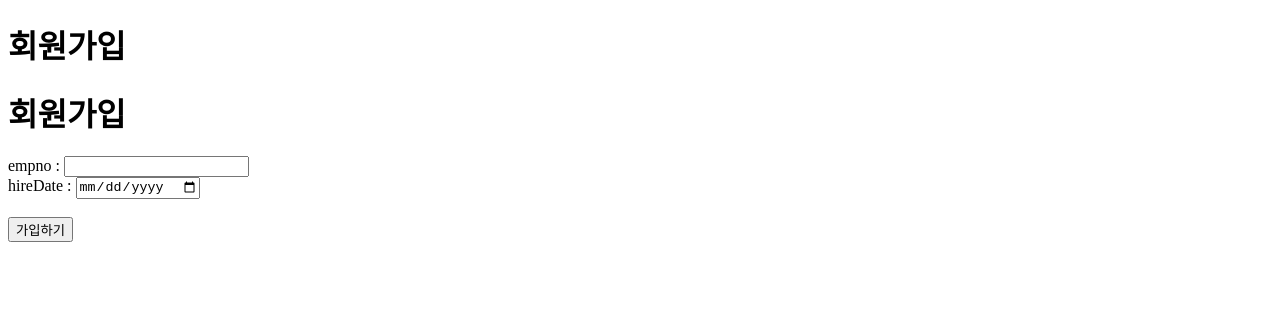
Repository: polikiki/Connor-s-team-projectt
Page: http://localhost/proj6_myBatis/emp0?cmd=join
An editor plug-in stored every save of this project. The page is shown before and after the next save, followed by the edit.
The browser window is 1280 px wide. The pictures show the whole page.
The page is served by Tomcat 9. Other server files are loaded and not shown.

Above is the page before, as saved 2024-09-20 01:18:43.

### workspace_java/proj6_myBatis/src/main/webapp/WEB-INF/views/empjoin.jsp
<%@ page language="java" contentType="text/html; charset=UTF-8"
    pageEncoding="UTF-8"%>
 <%@ taglib prefix="c" uri="http://java.sun.com/jsp/jstl/core" %>
<%@ taglib prefix="fmt" uri="http://java.sun.com/jsp/jstl/fmt" %>
<%@ taglib prefix="fn" uri="http://java.sun.com/jsp/jstl/functions" %>


<!DOCTYPE html>
<html>
<head>
<meta charset="UTF-8">
<title>Insert title here</title>
</head>
<body>
<%-- <c:if test="${cmd == "detail"}"> --%>
<!-- <h1>회원상세</h1> -->
<%-- </c:if> --%>

<c:choose>
	<c:when test='${cmd == "detail"}'>
		<h1>회원상세</h1>
	</c:when>
	<c:otherwise>
		<h1>회원가입</h1>
	</c:otherwise>
</c:choose>

<h1>회원가입</h1>

<form method="post" action="emp0">
	empno :
		<c:choose>
		<c:when test='${cmd == "detail"}'>
			${empDTP.empno}
		</c:when>
		<c:otherwise>
			<input type="text" name="ename"><br>
		</c:otherwise>
	</c:choose>

	hireDate : <input type="date" name="hireDate"><br>
	<br>
	<input type="submit" value="가입하기">
</form>
</body>
</html>

### workspace_java/proj6_myBatis/src/main/java/emp/crud/Emp0Servlet.java
package emp.crud;

import java.io.IOException;
import java.sql.Date;
import java.util.List;

import javax.servlet.ServletException;
import javax.servlet.annotation.WebServlet;
import javax.servlet.http.HttpServlet;
import javax.servlet.http.HttpServletRequest;
import javax.servlet.http.HttpServletResponse;

@WebServlet("/emp0")
public class Emp0Servlet extends HttpServlet {
	private static final long serialVersionUID = 1L;

	private boolean _DEBUG = true;

	protected void doGet(HttpServletRequest request, HttpServletResponse response) throws ServletException, IOException {

		String cmd = request.getParameter("cmd");
		EmpDAO empDAO = new EmpDAO();

		if(cmd == null) {

		List<EmpDTO> emplist = empDAO.selectEmp();

		request.setAttribute("emplist", emplist);

		request.getRequestDispatcher("/WEB-INF/views/emp.jsp").forward(request, response);
		}else if("join".equals(cmd)){

			request.getRequestDispatcher("/WEB-INF/views/empjoin.jsp").forward(request, response);
		}else if("edit".equals(cmd)) {

			// pk인 empno 확보
			String strEmpno = request.getParameter("empno");

			try {
				int empno = Integer.parseInt(strEmpno);

				// 특정 회원 정보 조회
				EmpDTO empDTO = empDAO.selectOneEmp(empno);
				// 정보를 request에 담아서
				request.setAttribute("empDTO", empDTO);
				request.setAttribute("cmd", "edit");
				// 상세 정보 페이지로 이동
				request.getRequestDispatcher("/WEB-INF/views/empjoin.jsp").forward(request, response);

			}catch (Exception e) {
				e.printStackTrace();
			}

		}

	}


	protected void doPost(HttpServletRequest request, HttpServletResponse response) throws ServletException, IOException {

		request.setCharacterEncoding("utf-8");
		response.setContentType("text/html; charset=utf-8;");

		String strEmpno = request.getParameter("empno");
		String ename = request.getParameter("ename");
		String strHireDate = request.getParameter("hireDate"); // 2024-09-19


		try {
			int empno = Integer.parseInt(strEmpno);

			EmpDTO empDTO = new EmpDTO();
			empDTO.setEmpno(empno);


			// delete 실행

			EmpDAO empDAO = new EmpDAO();
			int result = empDAO.DeleteEmp(empDTO);
			System.out.println("삭제 결과 :"+ result);

		}catch (Exception e) {
			if(_DEBUG) {
				e.printStackTrace();
			}
		}

		try {
			int empno = Integer.parseInt(strEmpno);
			Date hireDate = Date.valueOf(strHireDate);

			EmpDTO empDTO = new EmpDTO();
			empDTO.setEmpno(empno);
			empDTO.setEname(ename);
			empDTO.setHireDate(hireDate);

			// insert 실행

			EmpDAO empDAO = new EmpDAO();
			int result = empDAO.insertEmp(empDTO);
			System.out.println("회원 가입 결과 :"+ result);

		}catch (Exception e) {
			if(_DEBUG) {
				e.printStackTrace();
			}
		}
		response.sendRedirect("emp0");
	}


	protected void doDelete(HttpServletRequest request, HttpServletResponse response) throws ServletException, IOException {

	}

	protected void doPut(HttpServletRequest request, HttpServletResponse response) throws ServletException, IOException {



	}

}

### workspace_java/proj6_myBatis/src/main/java/emp/crud/EmpDAO.java
package emp.crud;

import java.io.Reader;
import java.util.List;
import java.util.Map;

import org.apache.ibatis.io.Resources;
import org.apache.ibatis.session.SqlSession;
import org.apache.ibatis.session.SqlSessionFactory;
import org.apache.ibatis.session.SqlSessionFactoryBuilder;

import emp.crud.EmpDTO;

public class EmpDAO {

	private  SqlSessionFactory sqlMapper = null;

    public  SqlSessionFactory getInstance() {
        if(sqlMapper == null) {
        	// DB 접속
        	// 자동 커밋 : sqlMapper.openSession()
        	// 수동 커밋 : sqlMapper.openSession(false)
            try {
                String res = "mybatis/SqlMapConfig.xml";
                Reader reader = Resources.getResourceAsReader(res);

                SqlSessionFactoryBuilder ssfb = new SqlSessionFactoryBuilder();
                sqlMapper = ssfb.build(reader);

                reader.close();
            }catch (Exception e) {
                e.printStackTrace();
            }
        }

        return sqlMapper;
    }

    public List<EmpDTO> selectEmp() {
    	List<EmpDTO> empList = null;

    	// SqlMapConfig.xml을 읽어옴
    	sqlMapper = getInstance();
    	if(sqlMapper != null) {

    		// DB 접속
        	SqlSession sqlSession = sqlMapper.openSession(true);

        	empList = sqlSession.selectList("mapper.emp.selectAllEmp");
        	System.out.println("empList.size :" + empList.size());
    	} else {
    		System.out.println("DB 접속 실패");
    	}

    	return empList;
    }



    public int insertEmp(EmpDTO empDTO) {
    	int result = -1;

    	// SqlMapConfig.xml을 읽어옴
    	sqlMapper = getInstance();
    	if(sqlMapper != null) {

    		// DB 접속
    		// 자동 커밋 : sqlMapper.openSession()
    		// 수동 커밋 : sqlMapper.openSession(false)
        	SqlSession sqlSession = sqlMapper.openSession(true);

        	try {
        		System.out.println(empDTO);
        		result = sqlSession.update("mapper.emp.param.insertEmp", empDTO);
        	}catch (Exception e) {
        		e.printStackTrace();
			}
    	} else {
    		System.out.println("DB 접속 실패");
    	}

    	return result;
    }

    public int DeleteEmp(EmpDTO empDTO) {
    	int result = -1;

    	// SqlMapConfig.xml을 읽어옴
    	sqlMapper = getInstance();
    	if(sqlMapper != null) {

    		// DB 접속
        	SqlSession sqlSession = sqlMapper.openSession(true);

        	try {
        		System.out.println(empDTO);
        		result = sqlSession.delete("mapper.emp.param.deleteEmp", empDTO);
        	}catch (Exception e) {
        		e.printStackTrace();
			}
    	} else {
    		System.out.println("DB 접속 실패");
    	}

    	return result;
    }

    public EmpDTO selectOneEmp(int empno) {
    	EmpDTO empDTO = null;

    	// SqlMapConfig.xml을 읽어옴
    	sqlMapper = getInstance();
    	if(sqlMapper != null) {

    		// DB 접속
        	SqlSession sqlSession = sqlMapper.openSession();

        	try {
        		empDTO = sqlSession.selectOne("mapper.emp.param.selectOneEmp");
        	}catch (Exception e) {
        		e.printStackTrace();
			}
    	} else {
    		System.out.println("DB 접속 실패");
    	}

    	return empDTO;
    }

}

After the next save:
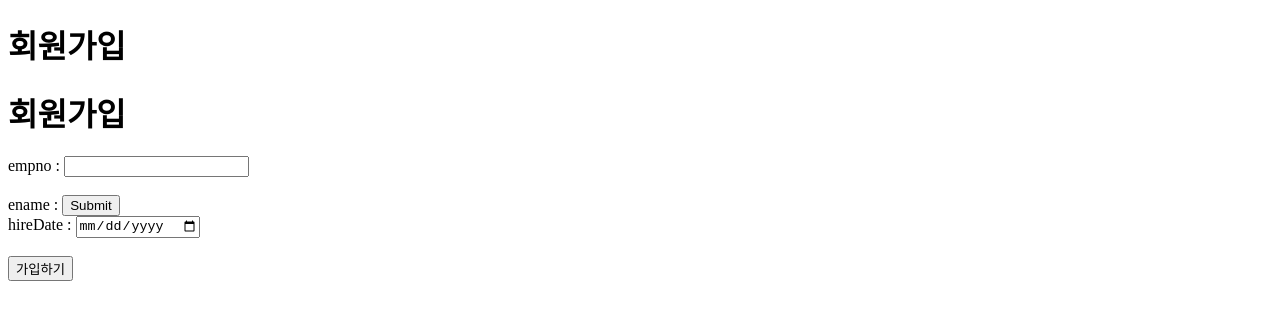
Saved 5 s later.
--- a/workspace_java/proj6_myBatis/src/main/webapp/WEB-INF/views/empjoin.jsp
+++ b/workspace_java/proj6_myBatis/src/main/webapp/WEB-INF/views/empjoin.jsp
@@ -37,7 +37,16 @@
 			<input type="text" name="ename"><br>
 		</c:otherwise>
 	</c:choose>
-
+	<br>
+	ename :
+		<c:choose>
+		<c:when test='${cmd == "detail"}'>
+			${empDTP.ename}
+		</c:when>
+		<c:otherwise>
+			<input type="submit" name="가입하기"><br>
+		</c:otherwise>
+</c:choose>
 	hireDate : <input type="date" name="hireDate"><br>
 	<br>
 	<input type="submit" value="가입하기">
